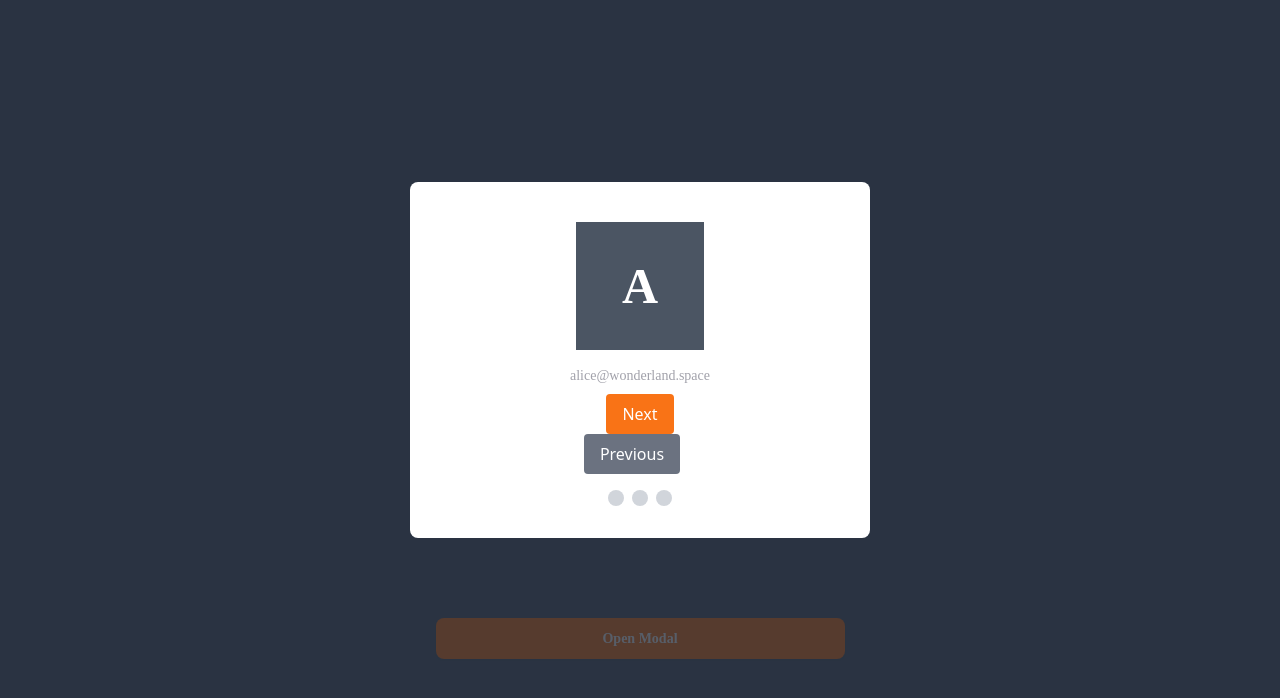
Repository: ZakariaZhlat125/lucatctyteste
Page: /, after clicking the first element matching `button.mt-36`
These files come from the project's save history. The page is drawn as it stood at one moment and after the next save; the edit follows.
The browser window is 1280 px wide. The pictures show the whole page.
The project was rebuilt for these pictures with package versions that can differ from the ones it lists, and the page was loaded fresh each time. Also part of the build but not shown: vite.config.js, src/Components/ModalComponents/PickLang.jsx, src/Components/ModalComponents/SelectImage.jsx.

Above is the page before, as saved 2023-09-29 10:32:58.

After the next save:
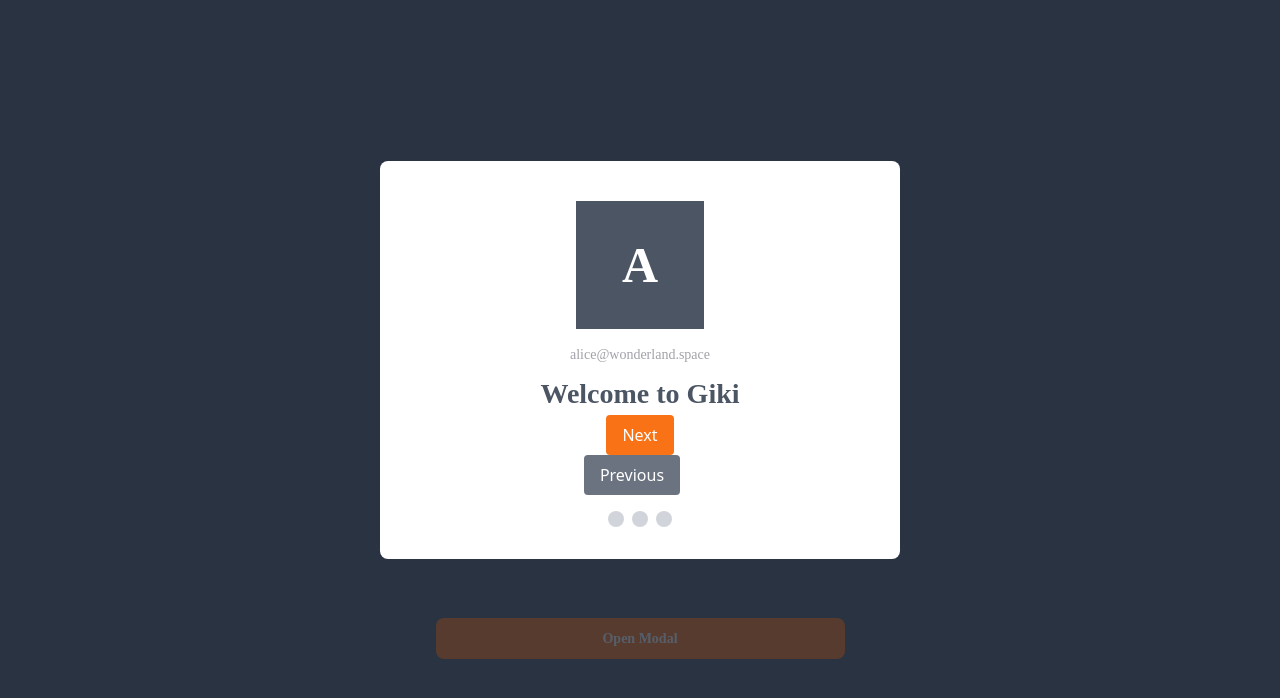
Saved 42 s later.
--- a/src/Components/ModalComponents/Welcom.jsx
+++ b/src/Components/ModalComponents/Welcom.jsx
@@ -10,6 +10,7 @@
       </div>
 
       <p className="my-2 text-zinc-400 text-sm font-medium font-['Poppins'] ">alice@wonderland.space</p>
+      <p className="text-gray-600 text-[28px] font-bold font-['Poppins']">Welcome to Giki</p>
       {/* </div> */}
     </div>
   );
